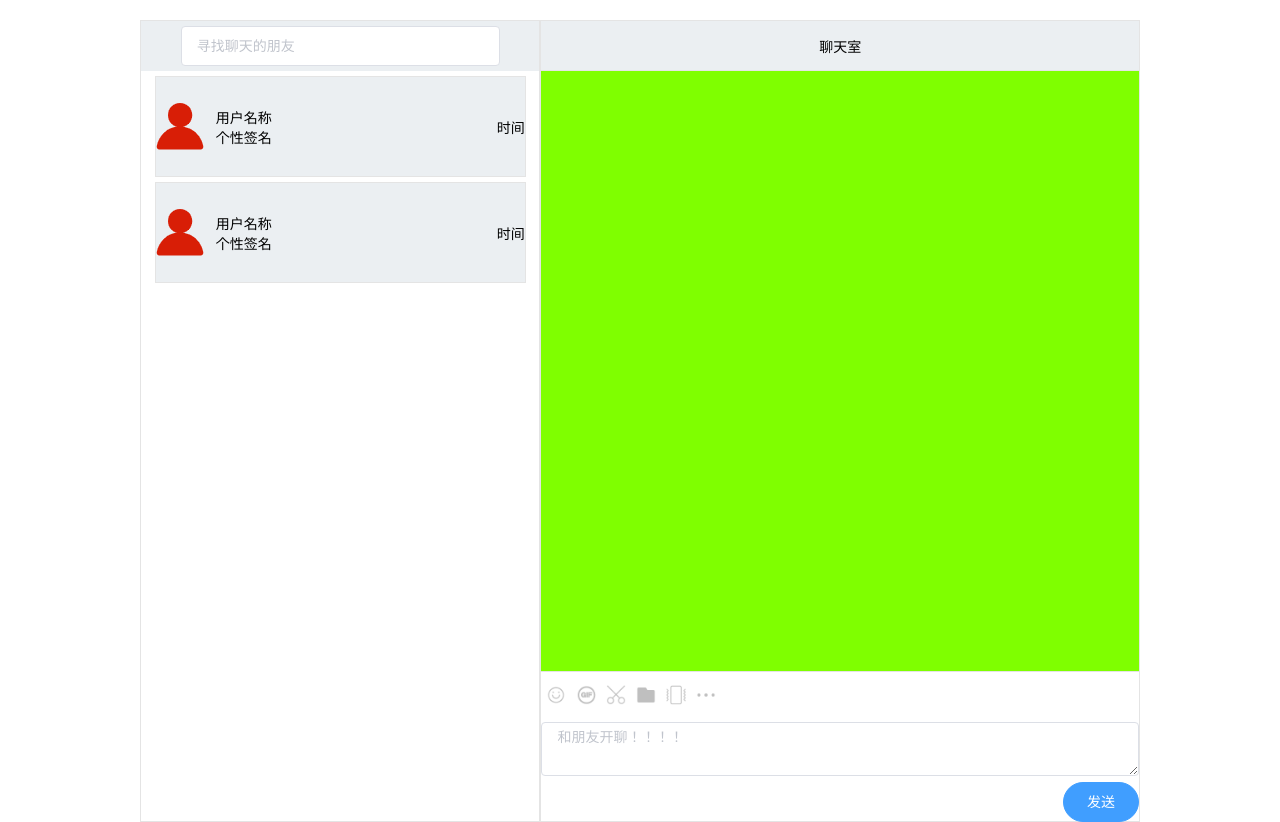
Repository: jinggegeZ/livechat
Page: /
These files come from the project's save history. The page is drawn as it stood at one moment and after the next save; the edit follows.
The browser window is 1280 px wide. The pictures show the whole page.
The project was rebuilt for these pictures with package versions that can differ from the ones it lists, and the page was loaded fresh each time.

Above is the page before, as saved 2020-08-17 13:21:08.

After the next save:
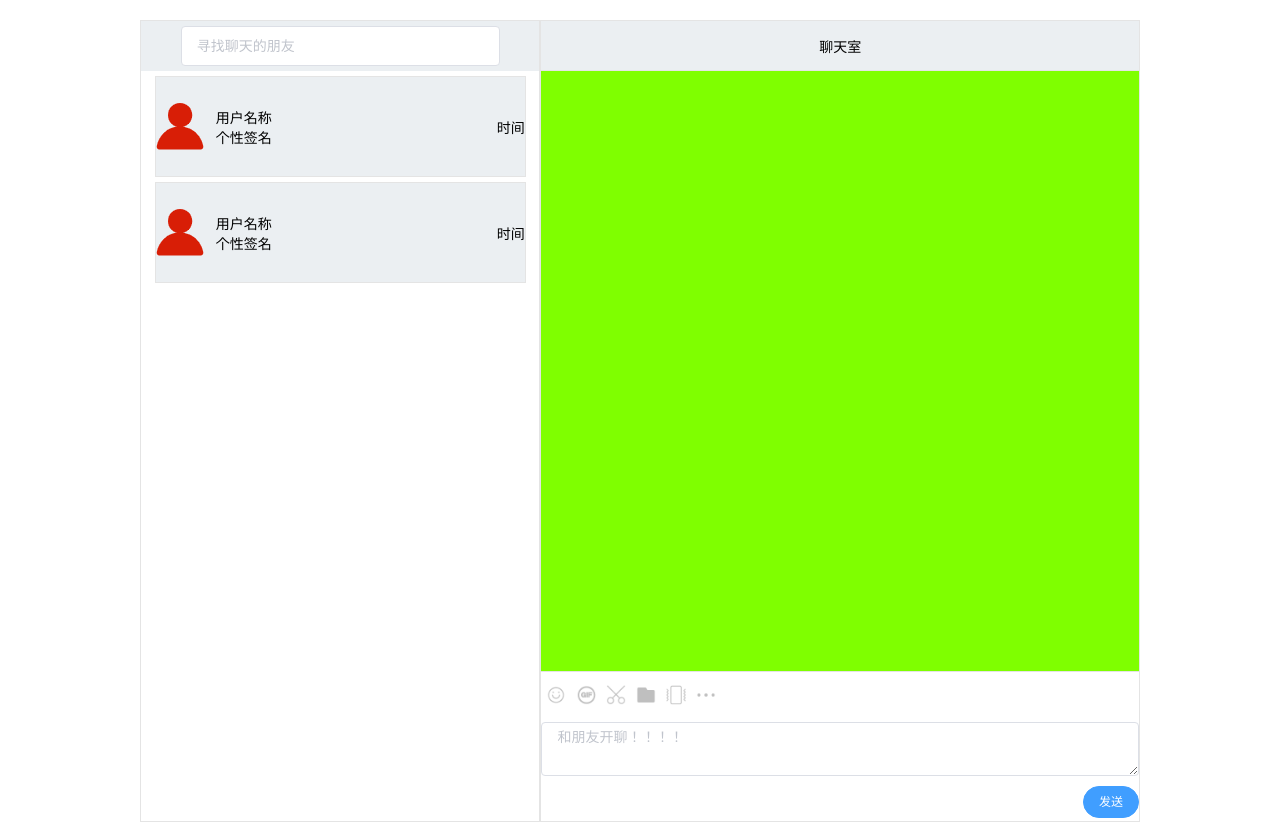
Saved 25 s later.
--- a/src/views/Home.vue
+++ b/src/views/Home.vue
@@ -80,7 +80,7 @@
               ></el-input>
             </div>
             <div class="box2-2-3">
-                <div class=""> <el-button type="primary" round size>发送</el-button></div>
+                <div class=""> <el-button type="primary" round size="small">发送</el-button></div>
             </div>
           </div>
         </div>
